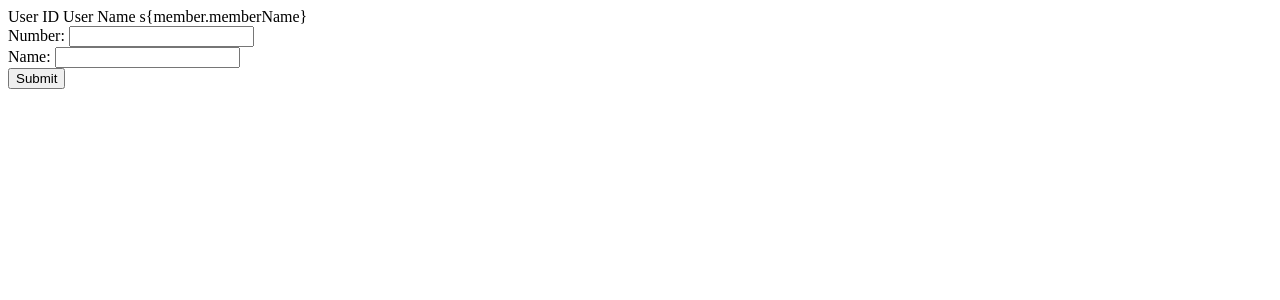
Repository: phileasFoggy22/PokeAPIAssessment
Page: http://localhost/pokeapi-pokemon/pages/Home.jsp
An editor plug-in stored every save of this project. The page is shown before and after the next save, followed by the edit.
The browser window is 1280 px wide. The pictures show the whole page.
The page is served by Tomcat 9.

Above is the page before, as saved 2019-08-12 12:20:57.

After the next save:
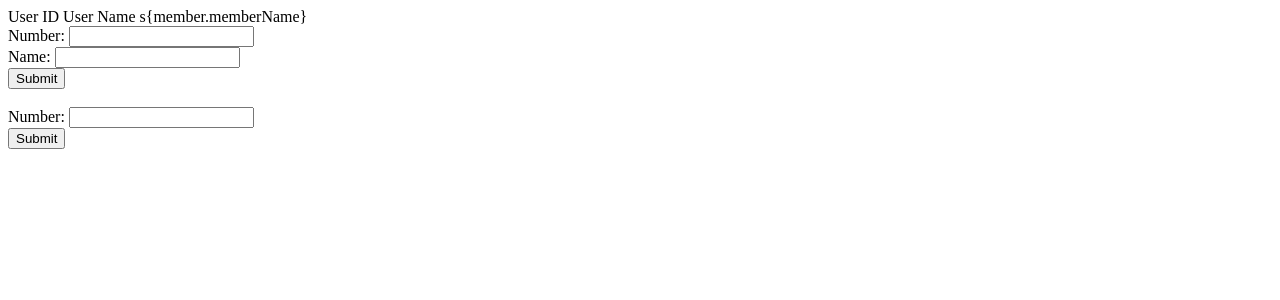
Saved 2 min 9 s later.
--- a/pokeapi-pokemon/src/main/webapp/pages/Home.jsp
+++ b/pokeapi-pokemon/src/main/webapp/pages/Home.jsp
@@ -15,6 +15,12 @@
 Name: <input type="text" name="memberName"><br>
 <input type="submit">
 </form>
+<br>
+<form action="getUser">
+Number: <input type="text" name="memberNumber"><br>
+<input type="submit">
+</form>
+
 
 </body>
 </html>
